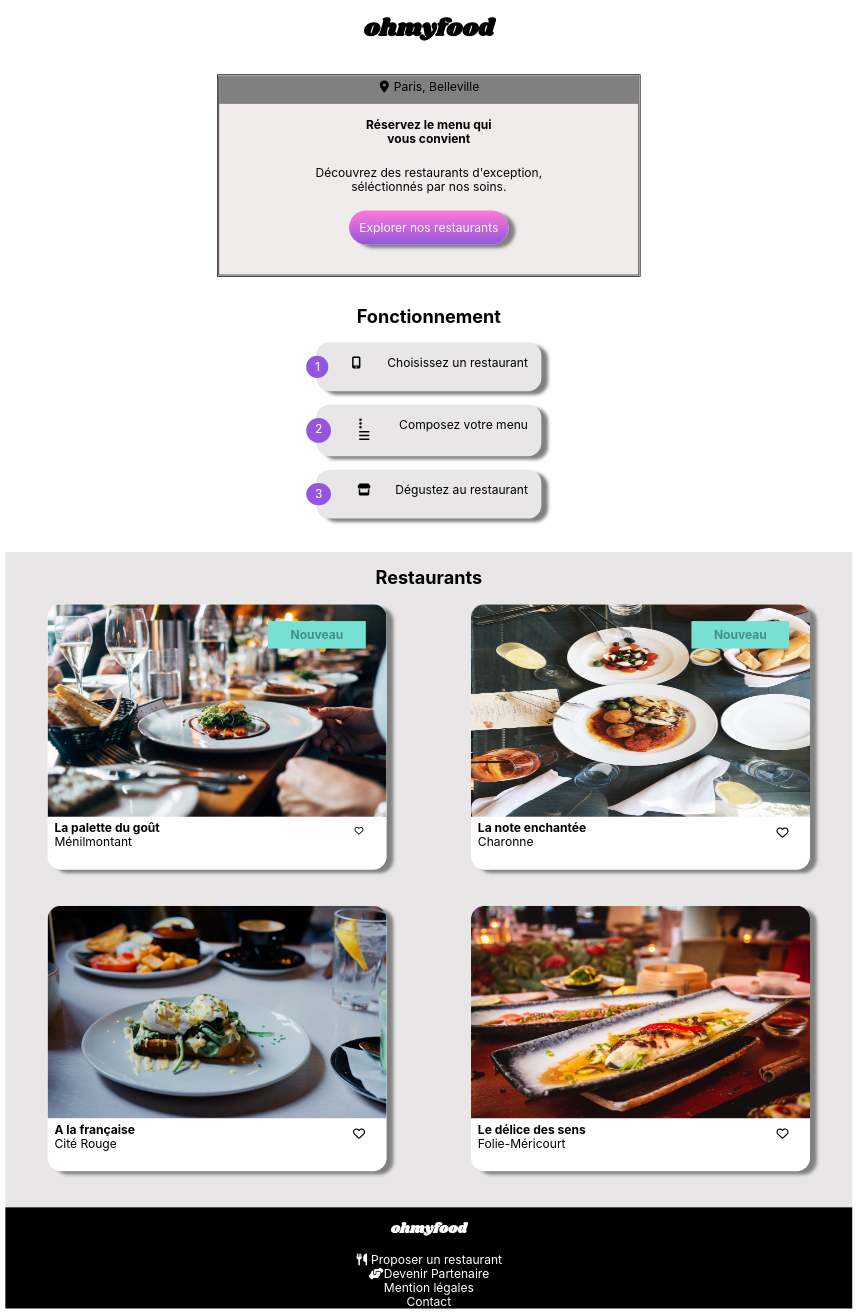
Repository: yacinebouk/ohmyfood
Page: index.html
An editor plug-in stored every save of this project. The page is shown before and after the next save, followed by the edit.
The browser window is 1280 px wide. The pictures show the whole page, at 67% of full size.
Some web libraries are served in a nearby version. The style sheet was rebuilt from its Sass, Less or Tailwind sources for each picture, by a compiler version that may differ from the author's.

Above is the page before, as saved 2022-07-07 17:08:24.

### index.html
<!DOCTYPE html>
<html lang="fr">

<head>
    <script src="https://kit.fontawesome.com/225bbe1e2d.js" crossorigin="anonymous"></script>
    <meta charset="utf-8" />
    <title>ohmyfood</title>
    <link rel="stylesheet" href="css/styles.css" />
    <meta name="viewport" content="width=device-width, initial-scale=1">

</head>

<body>
    <div class="hide">
        <div class="loader"></div>
    </div>
    <main>
        <header>
            <h1 class="Tittle">ohmyfood</h1>
            <div class="search">
                <div class="town"> <span><i class="fa-solid fa-location-dot"></i></span> Paris, Belleville</div>
                <div class="reservation"> <b> Réservez le menu qui <br> vous convient</b> </div>
                <div class="discover">Découvrez des restaurants d'exception, <br> séléctionnés par nos soins.</div>
                <div class="explore">
                    <span class="explore-text">Explorer nos restaurants</span>
                </div>
            </div>
        </header>
        <section class="section-working">
            <div class="working">
                <h2>Fonctionnement</h2>
                <div class="choose">
                    <div class="number">1</div>
                    <div class="logo-work"> <i class="fa-solid fa-mobile-screen-button"></i></div>
                    <div class="text-work"> Choisissez un restaurant</div>
                </div>
                <div class="compose">
                    <div class="number">2</div>
                    <div class="logo-work"><i class="fa-solid fa-ellipsis-vertical"><i class="fa-solid fa-bars"></i></i>
                    </div>
                    <div class="text-work"> Composez votre menu</div>
                </div>
                <div class="taste">
                    <div class="number">3</div>
                    <div class="logo-work"><i class="fa-solid fa-store"></i>
                    </div>
                    <div class="text-work"> Dégustez au restaurant</div>
                </div>
            </div>
        </section>
        <section class="section-restaurant">
            <div class="restaurant">
                <h2>Restaurants</h2>
                <div class="block-restaurant">
                    <div class="border-restaurant">
                        <div class="block-picture">
                            <div class="new"><b>Nouveau</b></div>
                            <div class="picture-restaurant"> <img src="./images/restaurants/jay-wennington-N_Y88TWmGwA-unsplash.jpg" style="height:100%;width: 100%" alt="Ohmyfood"></div>
                        </div>
                        <div class="block-text">
                            <div class="text">
                                <a href="./palette.html">
                                    <div class="title-restaurant"><b> La palette du goût</b>
                                    </div>
                                    <div class="place-restaurant"> Ménilmontant</div>
                                </a>
                            </div>
                            <div class="heart">
                                <button>
                                <span class="heart-regular"><i class="fa-regular fa-heart"></i></span>
                                <span class="heart-solid"><i class="fa-solid fa-heart"></i></span>
                                </button>
                            </div>
                        </div>
                    </div>
                    <div class="border-restaurant">
                        <div class="block-picture">
                            <div class="new"><b>Nouveau</b></div>
                            <div class="picture-restaurant"> <img src="./images/restaurants/stil-u2Lp8tXIcjw-unsplash.jpg" style="height:100%;width: 100%" alt="Ohmyfood"></div>
                        </div>
                        <div class="block-text">
                            <div class="text">
                                <a href="./noteenchanté.html">
                                    <div class="title-restaurant"><b> La note enchantée</b>
                                    </div>
                                    <div class="place-restaurant"> Charonne</div>
                                </a>
                            </div>
                            <div class="heart">
                                <span class="heart-regular"><i class="fa-regular fa-heart"></i></span>
                                <span class="heart-solid"><i class="fa-solid fa-heart"></i></span>
                            </div>
                        </div>
                    </div>
                    <div class="border-restaurant">
                        <div class="block-picture">
                            <div class="picture-restaurant"> <img src="./images/restaurants/toa-heftiba-DQKerTsQwi0-unsplash.jpg" style="height:100%;width: 100%" alt="Ohmyfood"></div>
                        </div>
                        <div class="block-text">
                            <div class="text">
                                <a href="./francaise.html">
                                    <div class="title-restaurant"><b>A la française</b>
                                    </div>
                                    <div class="place-restaurant"> Cité Rouge</div>
                                </a>
                            </div>
                            <div class="heart">
                                <span class="heart-regular"><i class="fa-regular fa-heart"></i></span>
                                <span class="heart-solid"><i class="fa-solid fa-heart"></i></span>
                            </div>
                        </div>
                    </div>
                    <div class="border-restaurant">
                        <div class="block-picture">
                            <div class="picture-restaurant"> <img src="./images/restaurants/louis-hansel-shotsoflouis-qNBGVyOCY8Q-unsplash.jpg" style="height:100%;width: 100%" alt="Ohmyfood"></div>
                        </div>
                        <div class="block-text">
                            <div class="text">
                                <a href="./ledélice.html">
                                    <div class="title-restaurant"><b>Le délice des sens</b></div>
                                    <div class="place-restaurant">Folie-Méricourt</div>
                                </a>
                            </div>
                            <div class="heart">
                                <span class="heart-regular"><i class="fa-regular fa-heart"></i></span>
                                <span class="heart-solid"><i class="fa-solid fa-heart"></i></span>
                            </div>
                        </div>
                    </div>
                </div>
            </div>
        </section>
        <footer>
            <div class="frame-end">
                <h3 class="little-tittle">ohmyfood </h3>
                <div class="end">
                    <div class="propose"> <i class="fa-solid fa-utensils"></i> Proposer un restaurant</div>
                    <div class="partner"> <i class="fa-solid fa-handshake-angle"></i> Devenir Partenaire</div>
                    <div class="mention">Mention légales</div>
                    <div class="contact">
                        <a href="mailto:yacineboukhari@hotmail.com">Contact</a></div>
                </div>
            </div>
        </footer>
    </main>
</body>

### style/styles.scss
main {
    font-size: 18px;
    font-family: -apple-system, BlinkMacSystemFont, 'Segoe UI', Roboto, Oxygen, Ubuntu, Cantarell, 'Open Sans', 'Helvetica Neue', sans-serif;
}

@font-face {
    font-family: 'Shrikhand';
    src: url('../language/Shrikhand-Regular.otf');
}

h1 {
    font-family: 'Shrikhand';
}

h3 {
    font-family: 'Shrikhand';
}

h2 {
    text-align: center;
}

header {
    text-align: center;
}

@mixin shadow {
    box-shadow: grey 10px 5px 5px;
}

@mixin block {
    display: flex;
    flex-direction: row;
    justify-content: space-between;
    padding-bottom: 40px;
    @include shadow;
    background-color: rgb(232, 230, 230);
    border-radius: 20px 20px;
    padding: 20px 20px 20px 0px;
    width: 25%;
    margin: auto;
}

.logo-img {
    padding-bottom: 20px;
}

.search {
    border: double;
    margin-left: 25%;
    margin-right: 25%;
    background-color: rgb(240, 236, 236);
    padding-bottom: 20px;
}

.town {
    padding-bottom: 15px;
    border-bottom: lightgray 2px;
    padding-top: 5px;
    background-color: grey;
}

.reservation {
    padding-top: 20px;
    padding-bottom: 30px
}

.discover {
    padding-bottom: 40px;
}

.explore {
    padding-bottom: 40px;
}

.explore span {
    @include shadow;
    background: linear-gradient(#FF79DA, #9356DC);
    border-radius: 50px 50px;
    padding: 15px;
    color: #f6f6f6;
}

.working {
    padding-top: 20px;
    display: flex;
    justify-content: center;
    flex-direction: column;
}

.number {
    border: #9356DC solid;
    border-radius: 50%;
    background-color: #9356DC;
    padding: 3px 10px 3px 10px;
    color: white;
    margin-left: -15px;
}

.choose {
    @include block;
    margin-bottom: 20px;
    &:hover {
        .logo-work {
            color: #9356DC;
        }
        background-color: #d8cee4;
    }
}

.compose {
    @include block;
    margin-bottom: 20px;
    &:hover {
        .logo-work {
            color: #9356DC;
        }
        background-color: #d8cee4;
    }
}

.taste {
    @include block;
    margin-bottom: 50px;
    &:hover {
        .logo-work {
            color: #9356DC;
        }
        background-color: #d8cee4;
    }
}

.section-restaurant {
    display: flex;
    flex-direction: column;
    background-color: rgb(232, 230, 230);
}

h1 {
    text-align: center;
    padding-bottom: 20px;
}

.block-restaurant {
    display: flex;
    flex-wrap: wrap;
    height: 900px;
    width: 100%;
    justify-content: space-around;
}

.border-restaurant {
    width: 40%;
    height: 44%;
    overflow: hidden;
    @include shadow;
    background-color: white;
    border-radius: 20px 20px;
}

.picture-restaurant {
    height: 80%;
}

.text {
    padding-left: 10px;
    display: flex;
    flex-direction: column;
    width: 100%;
}

.text a {
    text-decoration: none black;
    color: black;
}

.block-text {
    display: flex;
    place-items: flex-end;
    justify-content: space-between;
}

//
.heart {
    height: 100%;
    width: 100px;
    margin-bottom: auto;
    min-height: 48px;
    display: flex;
    justify-content: center;
    align-items: center;
    cursor: pointer;
    button {
        width: 100%;
        height: 100%;
        background-color: transparent;
        background-repeat: no-repeat;
        display: flex;
        justify-content: center;
        align-items: center;
        cursor: pointer;
        border: none;
        cursor: pointer;
        overflow: hidden;
        outline: none;
        &:focus {
            .heart-solid {
                animation: 3s colorin;
                display: flex;
            }
            .heart-regular {
                display: none;
            }
        }
    }
}

.heart-solid {
    display: none;
    font-weight: 900;
    background-clip: text;
    -webkit-background-clip: text;
    -moz-background-clip: text;
    background-image: linear-gradient(#9356DC, #FF79DA);
    -webkit-text-fill-color: transparent;
}

i {
    width: 18px;
    height: 18px;
}

@keyframes colorin {
    0% {
        visibility: hidden;
        opacity: 0;
    }
    100% {
        visibility: visible;
        opacity: 1;
    }
}

//
@keyframes fadeIn {
    0% {
        visibility: visible;
        opacity: 1;
    }
    100% {
        visibility: hidden;
        opacity: 0;
    }
}

.loader {
    border: 10px solid #f3f3f3;
    border-top: 10px solid red;
    border-bottom: 10px solid blue;
    border-radius: 50%;
    width: 100px;
    height: 100px;
    margin: auto;
    position: absolute;
    top: 0;
    left: 0;
    right: 0;
    bottom: 0;
    -webkit-animation: spin 1.5s linear infinite;
    -o-animation: spin 1.5s linear infinite;
    animation: spin 1.5s linear infinite;
}

.hide {
    animation: 2s fadeIn;
    animation-fill-mode: forwards;
}

main {
    animation: 2s fadeOut;
}

@keyframes fadeOut {
    0% {
        visibility: hidden;
        opacity: 0;
    }
    100% {
        visibility: visible;
        opacity: 1;
    }
}

@keyframes fadeIn {
    0% {
        visibility: visible;
        opacity: 1;
    }
    100% {
        visibility: hidden;
        opacity: 0;
    }
}

@keyframes spin {
    0% {
        transform: rotate(0deg);
    }
    100% {
        transform: rotate(360deg);
    }
}

.frame-end {
    text-align: center;
    background-color: black;
    color: white;
    display: flex;
    flex-direction: column;
}

.little-picture {
    height: 20px;
}

.contact a {
    text-decoration: none white;
    color: white;
}

.block-picture {
    position: relative;
    height: 80%;
}

.picture-restaurant {
    height: 100%;
}

.new {
    color: rgb(69, 143, 134);
    background-color: rgb(119, 224, 212);
    width: 25%;
    position: absolute;
    text-align: center;
    margin-left: 65%;
    margin-top: 5%;
    padding: 10px;
}

@media screen and (min-width: 320px) and (max-width: 768px) {
    main {
        font-size: 20px;
    }
    body {
        margin: 0;
        width: 100%;
    }
    header {
        width: 100%;
    }
    .logo-img {
        padding-bottom: 10px;
    }
    .search {
        border: none;
        margin: 0;
        width: 100%;
    }
    .town {
        padding-top: 5px;
        background-color: rgb(216, 214, 214);
        border-bottom: none;
        border-top: solid 2px grey;
    }
    .reservation {
        font-size: 24px;
        padding-bottom: 20px;
    }
    h1 {
        text-align: center;
    }
    h2 {
        text-align: initial;
    }
    h3 {
        margin-left: 20px;
    }
    .working {
        margin-left: 20px;
    }
    .choose {
        margin-left: 0;
        width: 90%;
    }
    .compose {
        margin-left: 0;
        width: 90%;
    }
    .taste {
        margin-left: 0;
        width: 90%;
    }
    .restaurant {
        margin-left: 20px;
    }
    .block-restaurant {
        height: auto;
        justify-content: unset;
    }
    .border-restaurant {
        width: 95%;
        height: 40%;
        margin-bottom: 20px;
    }
    .picture-restaurant {
        height: 200px;
        width: 100%;
    }
    .block-text {
        padding: 10px;
    }
    .frame-end {
        text-align: initial;
    }
    .end {
        display: flex;
        justify-content: space-around;
        flex-direction: column;
        margin-left: 20px;
    }
    .contact {
        padding-bottom: 20px;
    }
}

@media screen and (min-width: 769px) and (max-width: 991px) {
    .choose {
        width: 32%;
        margin-left: 34%;
    }
    .compose {
        width: 32%;
        margin-left: 34%;
    }
    .taste {
        width: 32%;
        margin-left: 34%;
    }
}

After the next save:
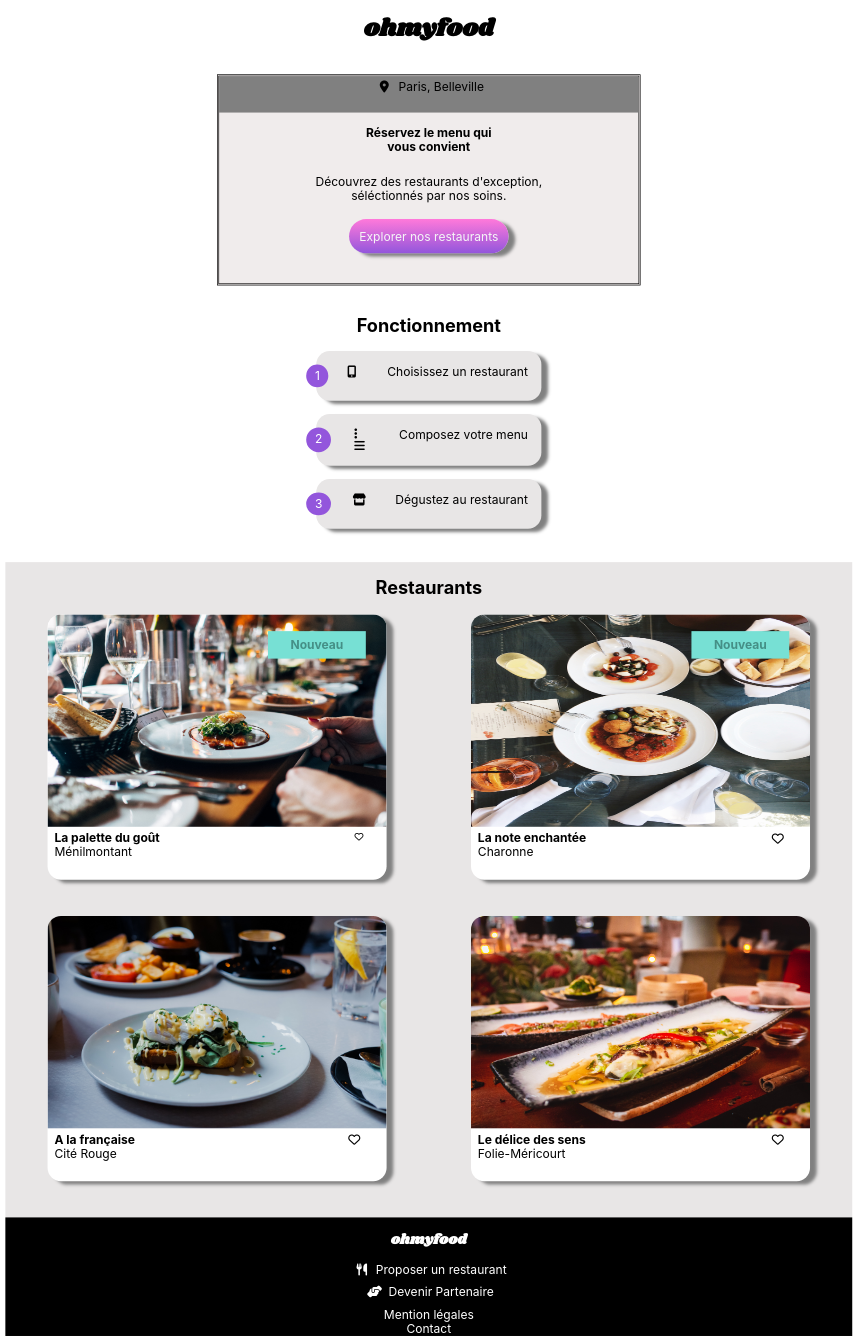
Saved 43 s later.
--- a/style/styles.scss
+++ b/style/styles.scss
@@ -226,8 +226,8 @@ h1 {
 }
 
 i {
-    width: 18px;
-    height: 18px;
+    width: 32px;
+    height: 32px;
 }
 
 @keyframes colorin {
